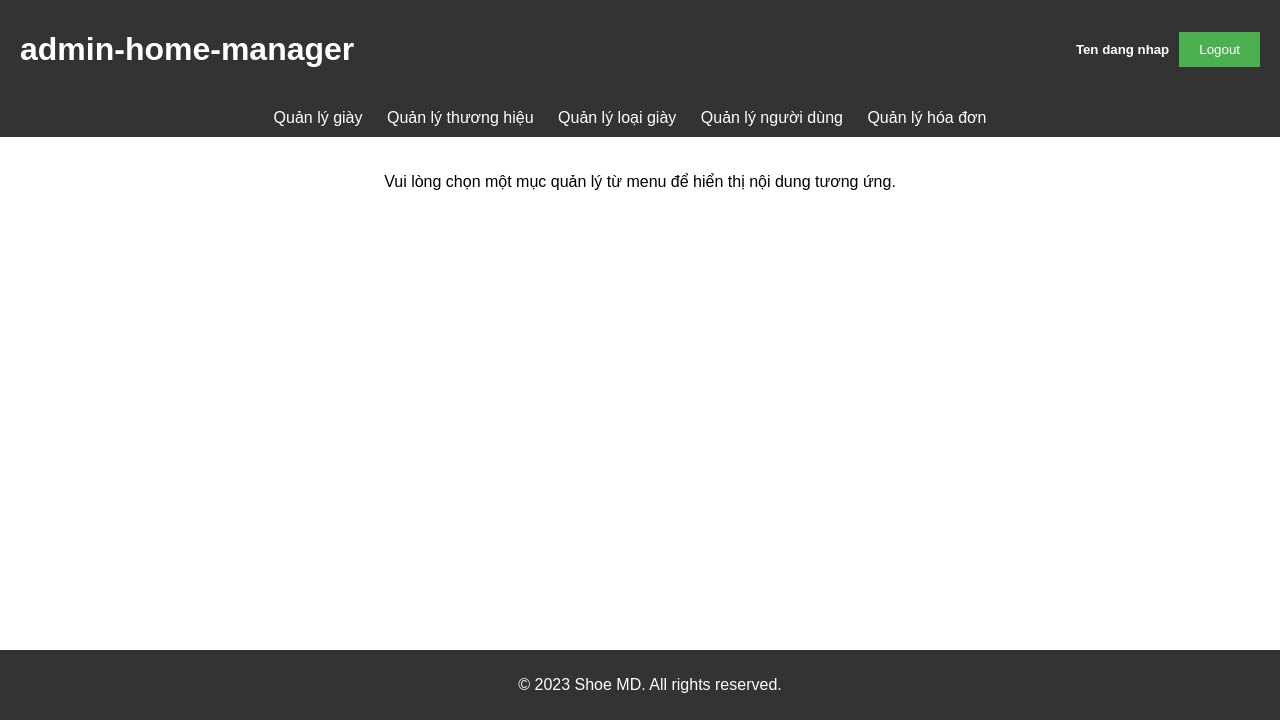
Repository: longsoisuaxe1a/shoe-md
Page: http://localhost/Project_Shoe/WEB-INF/view/admin-home-manager.jsp
An editor plug-in stored every save of this project. The page is shown before and after the next save, followed by the edit.
The browser window is 1280 px wide. The pictures show the whole page.
The page is served by Tomcat 9. Nobody is signed in. The template is opened directly, without the code that normally fills it, so the values that code supplies are empty.

Above is the page before, as saved 2023-12-20 14:33:13.

After the next save:
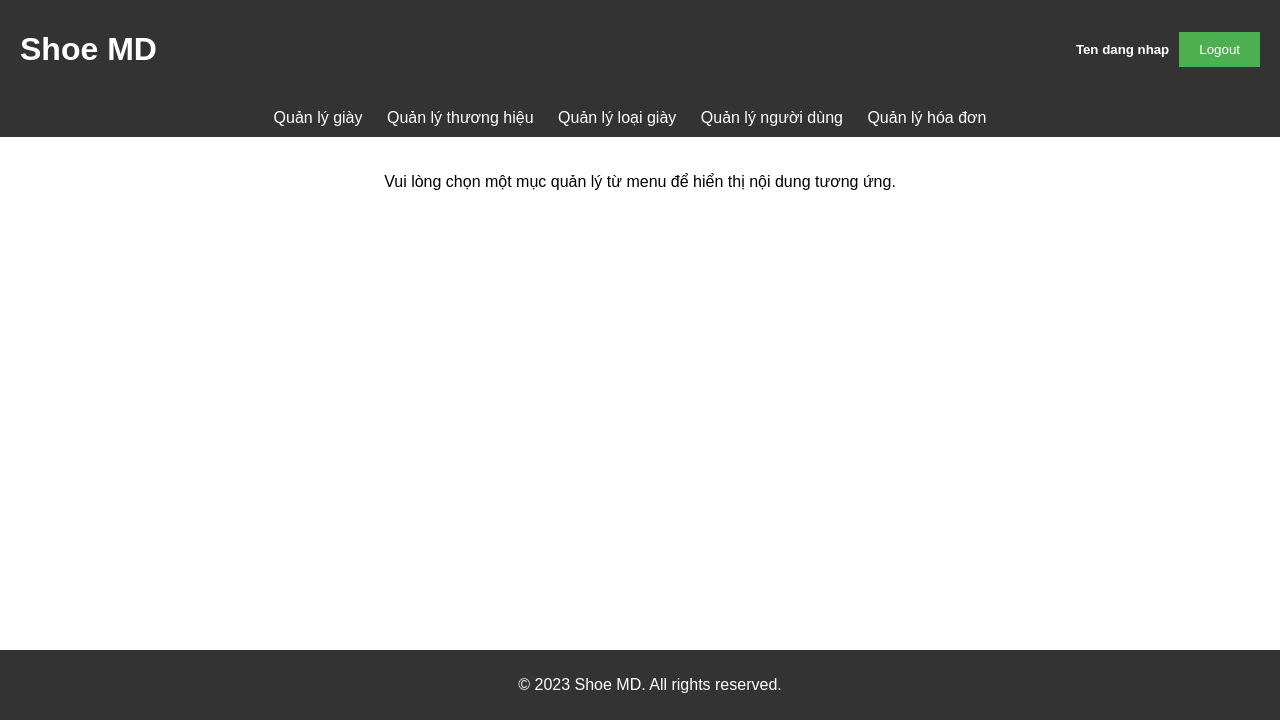
Saved 37 s later.
--- a/Project_Shoe/src/main/webapp/WEB-INF/view/admin-home-manager.jsp
+++ b/Project_Shoe/src/main/webapp/WEB-INF/view/admin-home-manager.jsp
@@ -108,7 +108,7 @@ button:hover {
 </head>
 <body>
 	<div class="header">
-		<h1>admin-home-manager</h1>
+		<h1>Shoe MD</h1>
 		<div class="tenDangNhap">
             <h5>Ten dang nhap</h5>
             <button>Logout</button>
